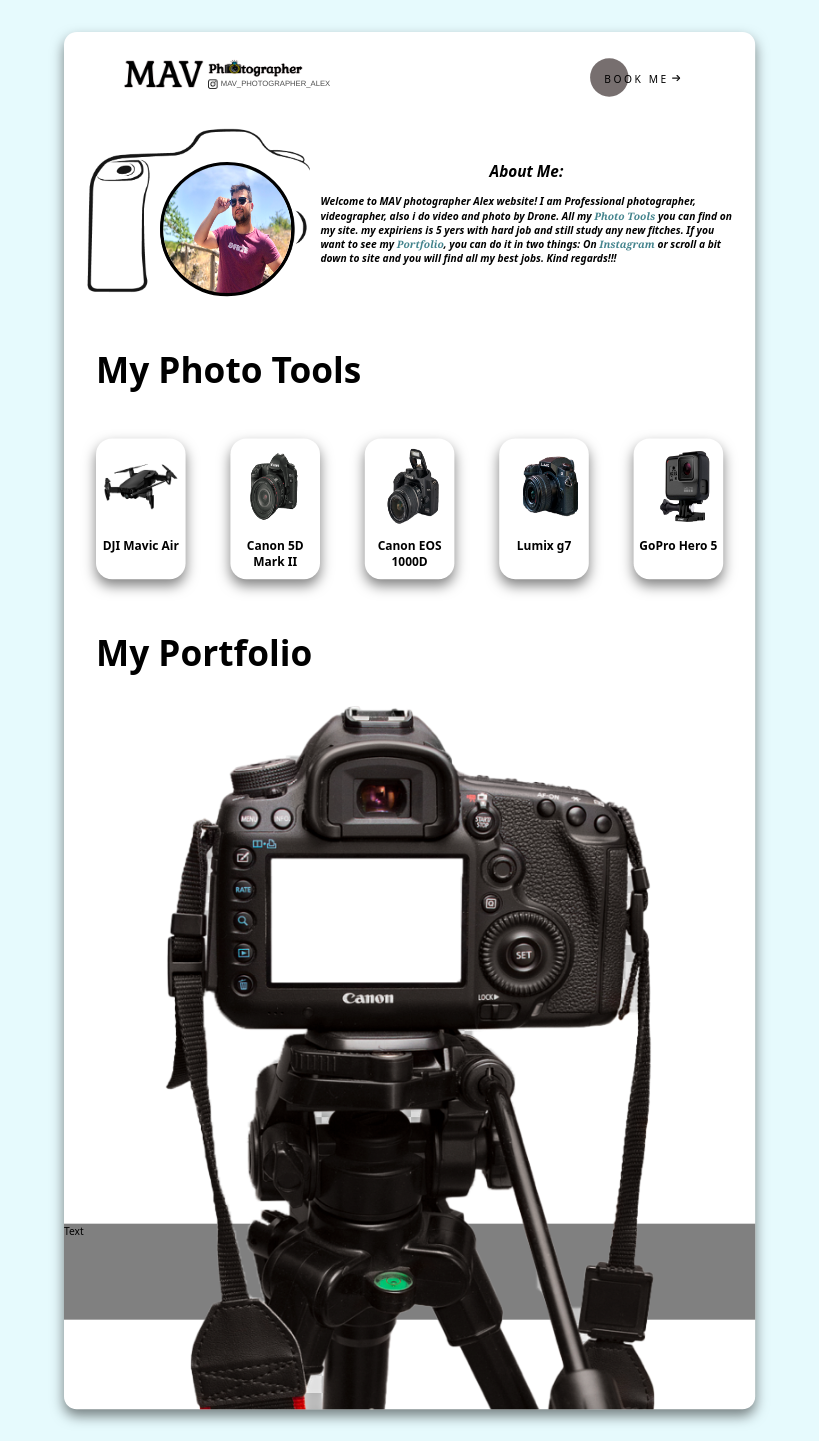
Repository: Dekabrist94/MAV
Page: /
The author's editor kept a copy of each file at every save. The page is drawn from the files as they stood at one save, then again after the next save.
The browser window is 1280 px wide. The pictures show the whole page, at 64% of full size.
The project was rebuilt for these pictures with package versions that can differ from the ones it lists, and the page was loaded fresh each time.

Above is the page before, as saved 2023-03-11 17:32:02.

### src/index.js
import React from 'react';
import ReactDOM from 'react-dom/client';
import './index.scss';
import App from './App';
import reportWebVitals from './reportWebVitals';

const root = ReactDOM.createRoot(document.getElementById('root'));
root.render(
  <React.StrictMode>
    <App />
  </React.StrictMode>,
);

// If you want to start measuring performance in your app, pass a function
// to log results (for example: reportWebVitals(console.log))
// or send to an analytics endpoint. Learn more: https://bit.ly/CRA-vitals
reportWebVitals();

### src/index.scss
.aboutLinks {
  color: rgb(68, 132, 141);
  text-decoration: none;
  font-family: Georgia, 'Times New Roman', Times, serif;
  transition: all 0.3s ease;
}

.aboutLinks:hover {
  color: rgb(235, 17, 82);
  text-decoration: none;
  font-family: Georgia, 'Times New Roman', Times, serif;
}

body {
  margin: 0;
  font-family: system-ui;
  -webkit-font-smoothing: antialiased;
  -moz-osx-font-smoothing: grayscale;
  background-color: rgb(12, 213, 240, 0.1);
}

.wrapper {
  background: #ffffff;
  box-shadow: 0px 10px 20px rgba(0, 0, 0, 0.5);
  border-radius: 20px;
  max-width: 1080px;
  margin: 50px auto;
}

header {
  padding: 40px;
  margin: 50px;
  display: flex;
  justify-content: space-between;
}

img {
  margin-right: 5px;
}

.headerLeft {
  display: flex;
  align-items: center;
}

.underLogoLink {
  color: black;
  opacity: 70%;
  font-family: 'Franklin Gothic Medium', 'Arial Narrow', Arial, sans-serif;
  text-decoration: none;
  transition: all 0.2s ease;
  text-transform: uppercase;
  font-size: 12px;
}
.underLogoLink:hover {
  opacity: 100%;
  transition: all 0.2s ease;
}
.instaLink {
  display: flex;
  margin-top: -3px;
  align-items: center;
}

.bookMe {
  margin-top: 20px;
}

h3,
p {
  margin: 0;
}

.aboutMe {
  margin-left: 150px;
  position: relative;
  display: flex;

  align-items: center;
  justify-content: space-between;
}

.camera {
  top: -50px;
  left: -190px;
  position: absolute;
}
.avatar {
  border-radius: 50%;
  border: 5px black solid;
  z-index: 1;
  transition: all 0.4s ease;

  cursor: pointer;
}
.avatar:hover {
  transition: all 0.4s ease;
  transform: scale(1.05);
  cursor: pointer;
}

.textAboutCenter {
  text-align: center;
  font-style: italic;
}
.textAbout {
  padding-bottom: 50px;
  padding-left: 5%;
  padding-right: 5%;
  text-align: left;
  font-style: italic;
}
.cardContainer {
  display: flex;
  padding: 15px;
}
.card {
  height: 220px;
  width: 140px;
  margin: 0 auto;
}

.cardBorder {
  border-radius: 25px;
  box-shadow: 0px 10px 20px rgba(0, 0, 0, 0.5);
}

.cardStyle {
  padding-top: 15px;
  text-align: center;
}

.CaptionTools {
  padding-left: 50px;
  font-size: 55px;
}

.Portfolio {
}

.captionPortfolio {
  padding-top: 15px;
  padding-left: 50px;
  font-size: 55px;
}

.mainCamera {
  margin: 0 auto;
  align-items: center;
  display: flex;
}

.cameraSlider {
  margin: 0 auto;
  z-index: 2;
}

.contContainer {
  position: relative;
}

.background {
  position: absolute;
  background-color: grey;
  width: 100%;
  height: 150px;
  margin: -290px auto;
  z-index: 1;
}

// .contContainer {
//   background: rgba(26, 25, 25, 0.6);
//   border-radius: 25px;
//   padding: 15px;
//   margin: 0px 15px auto;
//   z-index: 3;
// }
// .contacts {
//   display: flex;
//   margin: 0 auto;
//   justify-content: space-between;
//   z-index: 4;
// }

// li {
//   list-style-type: none;
//   z-index: 5;
// }

// .qrcode {
//   border-radius: 25px;
// }

### src/App.js
import { Header } from './pages/Header';
import { PhotoTools } from './pages/PhotoTools';
import { AboutMe } from './pages/AboutMe';
import mainCamera from './assets/img/mainCamera.png';
function App() {
  return (
    <div className="wrapper">
      <Header />
      <AboutMe />
      <PhotoTools />

      <section className="Portfolio">
        <h1 className="captionPortfolio">My Portfolio</h1>
        <div className="slider">
          <div className="mainCamera">
            <img className="cameraSlider" width={800} height={1100} src={mainCamera} />
          </div>
        </div>
      </section>

      <section className="contContainer">
        <div className="background">Text</div>
      </section>

      {/* <section className="contContainer">
        <div>
          <h1 className="contCaption">Contacts</h1>
          <ul className="contacts">
            <li>
              <a href="https://www.instagram.com/palazzagofotografo/" target="_blank">
                <img
                  className="qrcode"
                  src="http://qrcoder.ru/code/?https%3A%2F%2Fwww.instagram.com%2Fpalazzagofotografo%2F&3&0"
                  width="123"
                  height="123"
                  title="Instagram QR Code"
                />
              </a>
              <h4 align="center">Instagram</h4>
            </li>
            <li>
              <a href="https://wa.me/+393519741841" target="_blank">
                <img
                  className="qrcode"
                  src="http://qrcoder.ru/code/?https%3A%2F%2Fwa.me%2F%2B393519741841&3&0"
                  width="123"
                  height="123"
                  title="WhatsApp QR Code"
                />
              </a>
              <h4 align="center">WhatsApp</h4>
            </li>
            <li>
              <a href="https://t.me/mavphotographeralex" target="_blank">
                <img
                  className="qrcode"
                  src="http://qrcoder.ru/code/?https%3A%2F%2Ftelegram.me%2F%40mavphotographer&4&0"
                  width="123"
                  height="123"
                  title="Telegram QR Code"
                />
              </a>
              <h4 align="center">Telegram</h4>
            </li>
          </ul>
        </div>
      </section> */}
    </div>
  );
}

export default App;

### src/pages/Header.jsx
import PHOTOGRAPHER from '../assets/img/photographer.png';
import InstaLogo from '../assets/img/instagram.png';
import MAV from '../assets/img/MAV.png';
import '../index.scss';
import { CustomButton } from '../components/button UI';
export const Header = () => {
  return (
    <header>
      <div className="headerLeft">
        <img width={130} height={50} src={MAV} alt="logo" />
        <div className="headerInfo">
          <img width={150} height={30} src={PHOTOGRAPHER} alt="logo" />
          <div className="instaLink">
            <img width={15} height={15} src={InstaLogo} alt="Instagram" />
            <a href="#" className="underLogoLink">
              mav_photographer_alex
            </a>
          </div>
        </div>
      </div>
      <div className="bookMe">
        <CustomButton text="BOOK ME" style="link" />
      </div>
    </header>
  );
};

### src/pages/PhotoTools.jsx
import Drone from '../assets/img/mavicAir.png';
import Mark from '../assets/img/5dmark.png';
import CanonD from '../assets/img/1000d.png';
import Lumix from '../assets/img/lumix.png';
import Hero5 from '../assets/img/hero5.png';

import '../index.scss';

export const PhotoTools = () => {
  return (
    <section className="PhotoTools">
      <aside>
        <h1 className="CaptionTools">My Photo Tools</h1>
      </aside>
      <div className="cardContainer">
        <div className="card cardBorder">
          <img className="cardStyle" width={140} height={120} src={Drone} alt="card" />
          <p className="cardStyle">
            <h3>DJI Mavic Air</h3>
          </p>
        </div>
        <div className="card cardBorder">
          <img className="cardStyle" width={140} height={120} src={Mark} alt="card" />
          <p className="cardStyle">
            <h3>Canon 5D Mark II</h3>
          </p>
        </div>
        <div className="card cardBorder">
          <img className="cardStyle" width={160} height={120} src={CanonD} alt="card" />
          <p className="cardStyle">
            <h3>Canon EOS 1000D</h3>
          </p>
        </div>
        <div className="card cardBorder">
          <img className="cardStyle" width={160} height={120} src={Lumix} alt="card" />
          <p className="cardStyle">
            <h3>Lumix g7</h3>
          </p>
        </div>
        <div className="card cardBorder">
          <img className="cardStyle" width={160} height={120} src={Hero5} alt="card" />
          <p className="cardStyle">
            <h3>GoPro Hero 5</h3>
          </p>
        </div>
      </div>
    </section>
  );
};

### src/pages/AboutMe.jsx
import '../index.scss';
import Camera from '../assets/img/camera.png';
import AVATAR from '../assets/img/AVATAR.jpg';
export const AboutMe = () => {
  return (
    <section className="aboutMe">
      <img className="avatar" width={200} height={200} src={AVATAR} alt="AVATAR" />
      <img className="camera" width={500} height={302} src={Camera} alt="Camera" />

      <div>
        <h1 className="textAboutCenter">About Me:</h1>
        <h4 className="textAbout">
          Welcome to MAV photographer Alex website! I am Professional photographer, videographer,
          also i do video and photo by Drone. All my{' '}
          <a className="aboutLinks" href="#">
            Photo Tools
          </a>{' '}
          you can find on my site. my expiriens is 5 yers with hard job and still study any new
          fitches. If you want to see my{' '}
          <a className="aboutLinks" href="#">
            Portfolio
          </a>
          , you can do it in two things: On{' '}
          <a className="aboutLinks" href="#">
            Instagram
          </a>{' '}
          or scroll a bit down to site and you will find all my best jobs. Kind regards!!!
        </h4>
      </div>
    </section>
  );
};

### src/components/button UI/index.jsx
import styles from './Button.module.css';
import React from 'react';

export const CustomButton = ({ type, text, link, style }) => {
  if (style === 'btn') {
    return (
      <button className={`${styles.button} ${styles.buttonBtn}`} type={type}>
        <span>{text}</span>
        <svg width="13px" height="10px" viewBox="0 0 13 10">
          <path d="M1,5 L11,5"></path>
          <polyline points="8 1 12 5 8 9"></polyline>
        </svg>
      </button>
    );
  } else if (style === 'link') {
    return (
      <a
        href={link}
        className={`${styles.button} ${styles.buttonLink}`}
        target="_blank"
        rel="noreferrer">
        <span>{text}</span>
        <svg width="13px" height="10px" viewBox="0 0 13 10">
          <path d="M1,5 L11,5"></path>
          <polyline points="8 1 12 5 8 9"></polyline>
        </svg>
      </a>
    );
  }
  return <button>{text}</button>;
};

### src/components/button UI/Button.module.css
.button {
  position: relative;
  margin: auto;
  padding: 19px 22px;
  transition: all 0.2s ease;
  cursor: pointer;
}
.button:before {
  content: '';
  position: absolute;
  top: 0;
  left: 0;
  display: block;
  border-radius: 50%;

  width: 60px;
  height: 60px;
  transition: all 0.5s ease;
}
.buttonLink:before {
  background: rgb(119, 111, 111);
}
.buttonBtn:before {
  background: rgba(255, 165, 45, 0.5);
}
.button span {
  position: relative;
  font-size: 16px;
  line-height: 18px;
  font-weight: 400;
  letter-spacing: 4px;
  text-transform: uppercase;
  vertical-align: middle;
  transition: color 0.5s ease;
}
.button:hover span {
  color: #fff;
}
.button svg {
  position: relative;
  top: 0;
  margin-left: 10px;
  fill: none;
  stroke-linecap: round;
  stroke-linejoin: round;
  stroke: #111;
  stroke-width: 2;
  transform: translateX(-5px);
  transition: all 0.5s ease;
}
.button:hover:before {
  width: 100%;
  border-radius: 50px;
}
.buttonLink:hover:before {
  background: black;
}
.buttonBtn:hover:before {
  background: rgb(255, 165, 45);
}
.button:hover svg {
  transform: translateX(0);
  stroke: #fff;
}
.button:active {
  transform: scale(0.96);
}

Loaded but not shown: public/index.html (common file); src/reportWebVitals.js (common file)

After the next save:
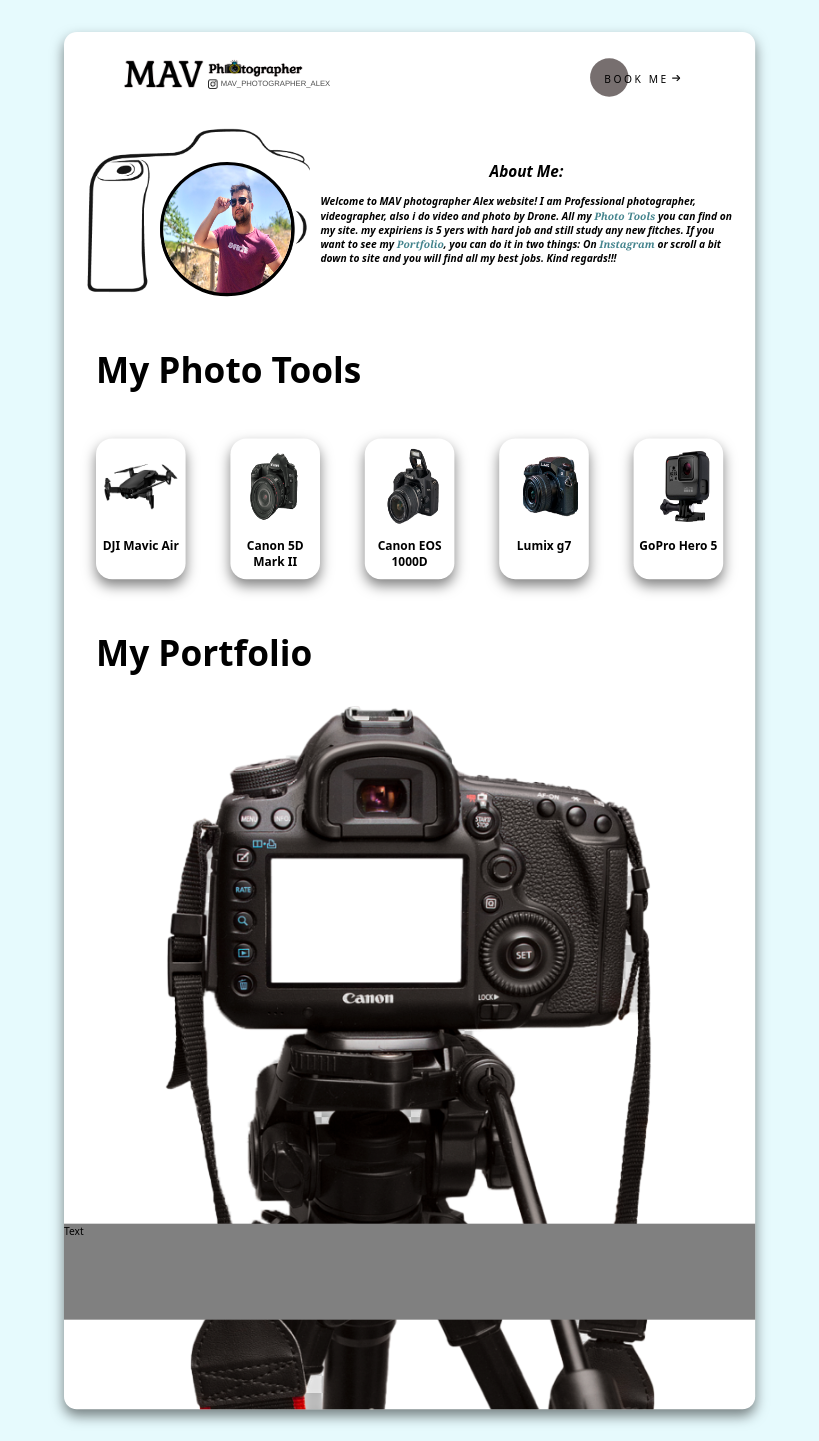
Saved 5 s later.
--- a/src/index.scss
+++ b/src/index.scss
@@ -165,7 +165,7 @@
   width: 100%;
   height: 150px;
   margin: -290px auto;
-  z-index: 1;
+  z-index: 3;
 }
 
 // .contContainer {
